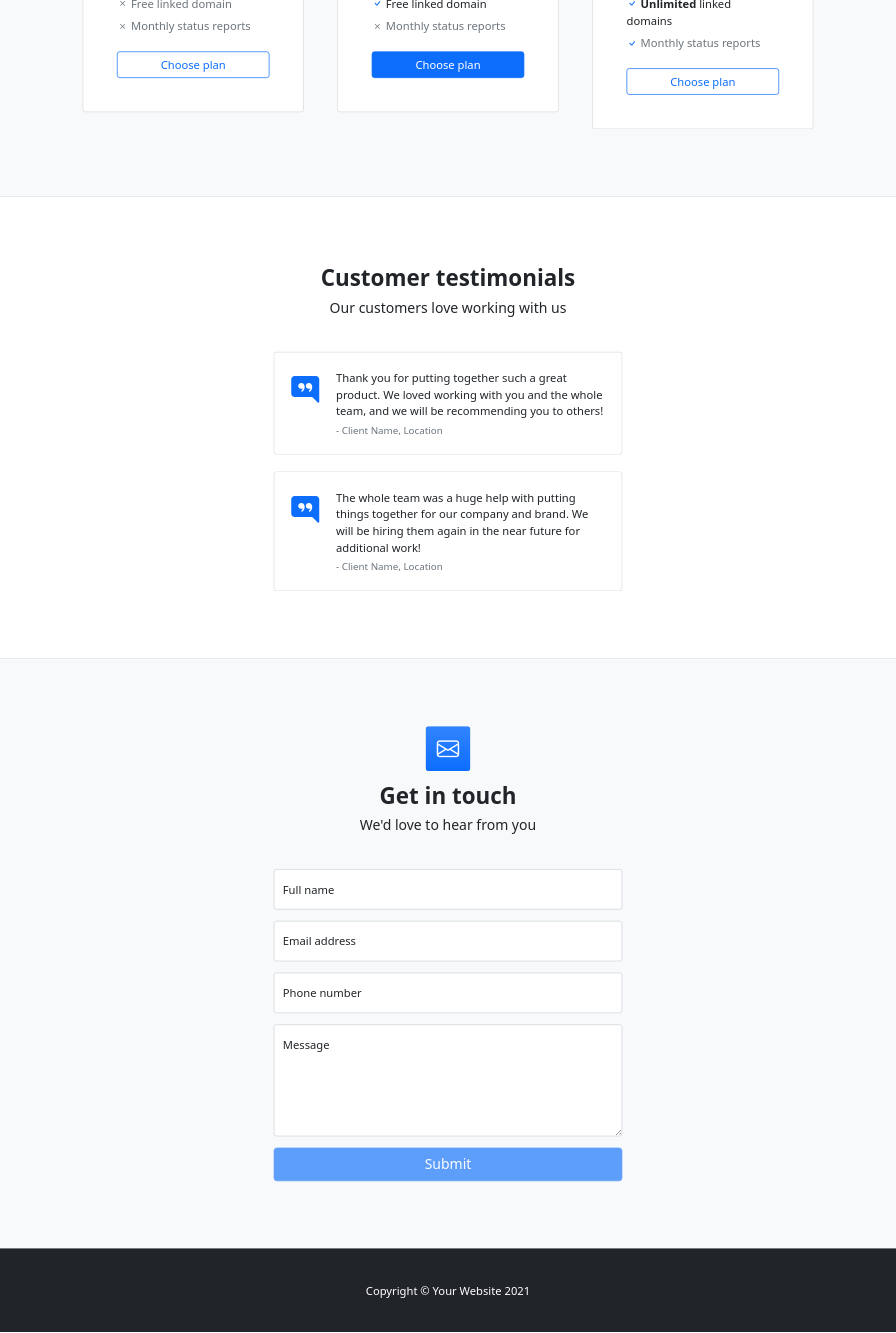
Repository: jaunnnngs/HackaTone
Page: http://localhost/StunProjects/St_Join/main.jsp
The author's editor kept a copy of each file at every save. The page is drawn from the files as they stood at one save, then again after the next save.
The browser window is 1280 px wide. The pictures show the part of the page from y = 1548 to 3468 px (the page is 3452 px tall before and 3468 px after), at 70% of full size.
Some web libraries are served in a nearby version. The page is served by Tomcat 9. Other server files are loaded and not shown.

Above is the page before, as saved 2021-07-26 06:14:01.

### STUN_TEAM/StunProjects/src/main/webapp/St_Join/main.jsp
<%@ page language="java" contentType="text/html; charset=UTF-8"
pageEncoding="UTF-8"%>
<!DOCTYPE html>
<html>
    <head>
        <meta charset="utf-8" />
        <meta name="viewport" content="width=device-width, initial-scale=1, shrink-to-fit=no" />
        <meta name="description" content="" />
        <meta name="author" content="" />
        <title>Warm Place_main</title>
        <!-- Favicon-->
        <link rel="icon" type="image/x-icon" href="assets/favicon.ico" />
        <!-- Bootstrap icons-->
        <link href="https://cdn.jsdelivr.net/npm/bootstrap-icons@1.4.1/font/bootstrap-icons.css" rel="stylesheet" />
        <!-- Core theme CSS (includes Bootstrap)-->
        <link href="css/styles.css" rel="stylesheet" />
    </head>
    <body>
   <%
	// 현재 세션 상태를 체크한다
	String userID = null;
	if (session.getAttribute("userID") != null) {
		userID = (String) session.getAttribute("userID");
	}
	%>

        <!-- Responsive navbar-->
        <nav class="navbar navbar-expand-lg navbar-dark bg-dark">
            <div class="container px-5">
                <a class="navbar-brand" href="../St_Join/main.jsp">Warm Place</a>
                <button class="navbar-toggler" type="button" data-bs-toggle="collapse" data-bs-target="#navbarSupportedContent" aria-controls="navbarSupportedContent" aria-expanded="false" aria-label="Toggle navigation"><span class="navbar-toggler-icon"></span></button>
                 <div class="collapse navbar-collapse" id="navbarSupportedContent">
                 <%
					// 로그인 하지 않았을 때 보여지는 화면
					if(userID == null){
				%>
                    <ul class="navbar-nav ms-auto mb-2 mb-lg-0">
                        <li class="nav-item"><a class="nav-link active" aria-current="page" href="../St_board/login.jsp">로그인</a></li>
                        <li class="nav-item"><a class="nav-link" href="../St_Join/st_userJoin.jsp">회원가입</a></li>
                        <li class="nav-item"><a class="nav-link" href="../St_Reservation/map.jsp">예약하기</a></li>
                        <li class="nav-item"><a class="nav-link" href="../St_board/bbs.jsp">맛집후기</a></li>
                        <li class="nav-item"><a class="nav-link" href="#!">Contact</a></li>
                    </ul>
				<%
				// 로그인이 되어 있는 상태에서 보여주는 화면
					}else{
				%>
                    <ul class="navbar-nav ms-auto mb-2 mb-lg-0">
                        <li class="nav-item"><a class="nav-link active" aria-current="page" href="../St_board/logoutAction.jsp">로그아웃</a></li>
                        <li class="nav-item"><a class="nav-link" href="../St_Join/st_userJoin.jsp">회원가입</a></li>
                        <li class="nav-item"><a class="nav-link" href="../St_Reservation/map.jsp">예약하기</a></li>
                        <li class="nav-item"><a class="nav-link" href="../St_board/bbs.jsp">맛집후기</a></li>
                        <li class="nav-item"><a class="nav-link" href="#!">Contact</a></li>
                    </ul>
                    <%
				}
			%>
                </div>
            </div>
        </nav>

	    <!-- Header-->
        <header class="bg-dark py-5">
            <div class="container px-5">
                <div class="row gx-5 justify-content-center">
                    <div class="col-lg-6">
                        <div class="text-center my-5">
                            <h1 class="display-5 fw-bolder text-white mb-2">가고싶은 장소를 미리 보고싶었던 적 있지않나요??</h1>
                            <p class="lead text-white-50 mb-4">코로나 시대에도 안전하게 놀러갑시다!!</p>
                            <div class="d-grid gap-3 d-sm-flex justify-content-sm-center">
                                <a class="btn btn-outline-light btn-lg px-4" href="#features">실시간 확인</a>
                                <a class="btn btn-outline-light btn-lg px-4" href="../St_Reservation/map.jsp">예약하기</a>
                            </div>
                        </div>
                    </div>
                </div>
            </div>
        </header>
        <!-- Features section-->
        <section class="py-5 border-bottom" id="features">
            <div class="container px-5 my-5">
                <div class="row gx-5">
                    <div class="col-lg-4 mb-5 mb-lg-0">
                        <div class="feature bg-primary bg-gradient text-white rounded-3 mb-3"><i class="bi bi-collection"></i></div>
                        <h2 class="h4 fw-bolder">실시간 장소확인</h2>
                        <p>장소를 입력해주세요.</p>
                        <a class="text-decoration-none" href="#!">
                            Call to action
                            <i class="bi bi-arrow-right"></i>
                        </a>
                    </div>
                    <div class="col-lg-4 mb-5 mb-lg-0">
                        <div class="feature bg-primary bg-gradient text-white rounded-3 mb-3"><i class="bi bi-building"></i></div>
                        <h2 class="h4 fw-bolder">Featured title</h2>
                        <p>Paragraph of text beneath the heading to explain the heading. We'll add onto it with another sentence and probably just keep going until we run out of words.</p>
                        <a class="text-decoration-none" href="#!">
                            Call to action
                            <i class="bi bi-arrow-right"></i>
                        </a>
                    </div>
                    <div class="col-lg-4">
                        <div class="feature bg-primary bg-gradient text-white rounded-3 mb-3"><i class="bi bi-toggles2"></i></div>
                        <h2 class="h4 fw-bolder">Featured title</h2>
                        <p>Paragraph of text beneath the heading to explain the heading. We'll add onto it with another sentence and probably just keep going until we run out of words.</p>
                        <a class="text-decoration-none" href="#!">
                            Call to action
                            <i class="bi bi-arrow-right"></i>
                        </a>
                    </div>
                </div>
            </div>
        </section>
        <!-- Pricing section-->
        <section class="bg-light py-5 border-bottom">
            <div class="container px-5 my-5">
                <div class="text-center mb-5">
                    <h2 class="fw-bolder">Pay as you grow</h2>
                    <p class="lead mb-0">With our no hassle pricing plans</p>
                </div>
                <div class="row gx-5 justify-content-center">
                    <!-- Pricing card free-->
                    <div class="col-lg-6 col-xl-4">
                        <div class="card mb-5 mb-xl-0">
                            <div class="card-body p-5">
                                <div class="small text-uppercase fw-bold text-muted">Free</div>
                                <div class="mb-3">
                                    <span class="display-4 fw-bold">$0</span>
                                    <span class="text-muted">/ mo.</span>
                                </div>
                                <ul class="list-unstyled mb-4">
                                    <li class="mb-2">
                                        <i class="bi bi-check text-primary"></i>
                                        <strong>1 users</strong>
                                    </li>
                                    <li class="mb-2">
                                        <i class="bi bi-check text-primary"></i>
                                        5GB storage
                                    </li>
                                    <li class="mb-2">
                                        <i class="bi bi-check text-primary"></i>
                                        Unlimited public projects
                                    </li>
                                    <li class="mb-2">
                                        <i class="bi bi-check text-primary"></i>
                                        Community access
                                    </li>
                                    <li class="mb-2 text-muted">
                                        <i class="bi bi-x"></i>
                                        Unlimited private projects
                                    </li>
                                    <li class="mb-2 text-muted">
                                        <i class="bi bi-x"></i>
                                        Dedicated support
                                    </li>
                                    <li class="mb-2 text-muted">
                                        <i class="bi bi-x"></i>
                                        Free linked domain
                                    </li>
                                    <li class="text-muted">
                                        <i class="bi bi-x"></i>
                                        Monthly status reports
                                    </li>
                                </ul>
                                <div class="d-grid"><a class="btn btn-outline-primary" href="#!">Choose plan</a></div>
                            </div>
                        </div>
                    </div>
                    <!-- Pricing card pro-->
                    <div class="col-lg-6 col-xl-4">
                        <div class="card mb-5 mb-xl-0">
                            <div class="card-body p-5">
                                <div class="small text-uppercase fw-bold">
                                    <i class="bi bi-star-fill text-warning"></i>
                                    Pro
                                </div>
                                <div class="mb-3">
                                    <span class="display-4 fw-bold">$9</span>
                                    <span class="text-muted">/ mo.</span>
                                </div>
                                <ul class="list-unstyled mb-4">
                                    <li class="mb-2">
                                        <i class="bi bi-check text-primary"></i>
                                        <strong>5 users</strong>
                                    </li>
                                    <li class="mb-2">
                                        <i class="bi bi-check text-primary"></i>
                                        5GB storage
                                    </li>
                                    <li class="mb-2">
                                        <i class="bi bi-check text-primary"></i>
                                        Unlimited public projects
                                    </li>
                                    <li class="mb-2">
                                        <i class="bi bi-check text-primary"></i>
                                        Community access
                                    </li>
                                    <li class="mb-2">
                                        <i class="bi bi-check text-primary"></i>
                                        Unlimited private projects
                                    </li>
                                    <li class="mb-2">
                                        <i class="bi bi-check text-primary"></i>
                                        Dedicated support
                                    </li>
                                    <li class="mb-2">
                                        <i class="bi bi-check text-primary"></i>
                                        Free linked domain
                                    </li>
                                    <li class="text-muted">
                                        <i class="bi bi-x"></i>
                                        Monthly status reports
                                    </li>
                                </ul>
                                <div class="d-grid"><a class="btn btn-primary" href="#!">Choose plan</a></div>
                            </div>
                        </div>
                    </div>
                    <!-- Pricing card enterprise-->
                    <div class="col-lg-6 col-xl-4">
                        <div class="card">
                            <div class="card-body p-5">
                                <div class="small text-uppercase fw-bold text-muted">Enterprise</div>
                                <div class="mb-3">
                                    <span class="display-4 fw-bold">$49</span>
                                    <span class="text-muted">/ mo.</span>
                                </div>
                                <ul class="list-unstyled mb-4">
                                    <li class="mb-2">
                                        <i class="bi bi-check text-primary"></i>
                                        <strong>Unlimited users</strong>
                                    </li>
                                    <li class="mb-2">
                                        <i class="bi bi-check text-primary"></i>
                                        5GB storage
                                    </li>
                                    <li class="mb-2">
                                        <i class="bi bi-check text-primary"></i>
                                        Unlimited public projects
                                    </li>
                                    <li class="mb-2">
                                        <i class="bi bi-check text-primary"></i>
                                        Community access
                                    </li>
                                    <li class="mb-2">
                                        <i class="bi bi-check text-primary"></i>
                                        Unlimited private projects
                                    </li>
                                    <li class="mb-2">
                                        <i class="bi bi-check text-primary"></i>
                                        Dedicated support
                                    </li>
                                    <li class="mb-2">
                                        <i class="bi bi-check text-primary"></i>
                                        <strong>Unlimited</strong>
                                        linked domains
                                    </li>
                                    <li class="text-muted">
                                        <i class="bi bi-check text-primary"></i>
                                        Monthly status reports
                                    </li>
                                </ul>
                                <div class="d-grid"><a class="btn btn-outline-primary" href="#!">Choose plan</a></div>
                            </div>
                        </div>
                    </div>
                </div>
            </div>
        </section>
        <!-- Testimonials section-->
        <section class="py-5 border-bottom">
            <div class="container px-5 my-5 px-5">
                <div class="text-center mb-5">
                    <h2 class="fw-bolder">Customer testimonials</h2>
                    <p class="lead mb-0">Our customers love working with us</p>
                </div>
                <div class="row gx-5 justify-content-center">
                    <div class="col-lg-6">
                        <!-- Testimonial 1-->
                        <div class="card mb-4">
                            <div class="card-body p-4">
                                <div class="d-flex">
                                    <div class="flex-shrink-0"><i class="bi bi-chat-right-quote-fill text-primary fs-1"></i></div>
                                    <div class="ms-4">
                                        <p class="mb-1">Thank you for putting together such a great product. We loved working with you and the whole team, and we will be recommending you to others!</p>
                                        <div class="small text-muted">- Client Name, Location</div>
                                    </div>
                                </div>
                            </div>
                        </div>
                        <!-- Testimonial 2-->
                        <div class="card">
                            <div class="card-body p-4">
                                <div class="d-flex">
                                    <div class="flex-shrink-0"><i class="bi bi-chat-right-quote-fill text-primary fs-1"></i></div>
                                    <div class="ms-4">
                                        <p class="mb-1">The whole team was a huge help with putting things together for our company and brand. We will be hiring them again in the near future for additional work!</p>
                                        <div class="small text-muted">- Client Name, Location</div>
                                    </div>
                                </div>
                            </div>
                        </div>
                    </div>
                </div>
            </div>
        </section>
        <!-- Contact section-->
        <section class="bg-light py-5">
            <div class="container px-5 my-5 px-5">
                <div class="text-center mb-5">
                    <div class="feature bg-primary bg-gradient text-white rounded-3 mb-3"><i class="bi bi-envelope"></i></div>
                    <h2 class="fw-bolder">Get in touch</h2>
                    <p class="lead mb-0">We'd love to hear from you</p>
                </div>
                <div class="row gx-5 justify-content-center">
                    <div class="col-lg-6">
                        <!-- * * * * * * * * * * * * * * *-->
                        <!-- * * SB Forms Contact Form * *-->
                        <!-- * * * * * * * * * * * * * * *-->
                        <!-- This form is pre-integrated with SB Forms.-->
                        <!-- To make this form functional, sign up at-->
                        <!-- https://startbootstrap.com/solution/contact-forms-->
                        <!-- to get an API token!-->
                        <form id="contactForm" data-sb-form-api-token="API_TOKEN">
                            <!-- Name input-->
                            <div class="form-floating mb-3">
                                <input class="form-control" id="name" type="text" placeholder="Enter your name..." data-sb-validations="required" />
                                <label for="name">Full name</label>
                                <div class="invalid-feedback" data-sb-feedback="name:required">A name is required.</div>
                            </div>
                            <!-- Email address input-->
                            <div class="form-floating mb-3">
                                <input class="form-control" id="email" type="email" placeholder="name@example.com" data-sb-validations="required,email" />
                                <label for="email">Email address</label>
                                <div class="invalid-feedback" data-sb-feedback="email:required">An email is required.</div>
                                <div class="invalid-feedback" data-sb-feedback="email:email">Email is not valid.</div>
                            </div>
                            <!-- Phone number input-->
                            <div class="form-floating mb-3">
                                <input class="form-control" id="phone" type="tel" placeholder="(123) 456-7890" data-sb-validations="required" />
                                <label for="phone">Phone number</label>
                                <div class="invalid-feedback" data-sb-feedback="phone:required">A phone number is required.</div>
                            </div>
                            <!-- Message input-->
                            <div class="form-floating mb-3">
                                <textarea class="form-control" id="message" type="text" placeholder="Enter your message here..." style="height: 10rem" data-sb-validations="required"></textarea>
                                <label for="message">Message</label>
                                <div class="invalid-feedback" data-sb-feedback="message:required">A message is required.</div>
                            </div>
                            <!-- Submit success message-->
                            <!---->
                            <!-- This is what your users will see when the form-->
                            <!-- has successfully submitted-->
                            <div class="d-none" id="submitSuccessMessage">
                                <div class="text-center mb-3">
                                    <div class="fw-bolder">Form submission successful!</div>
                                    To activate this form, sign up at
                                    <br />
                                    <a href="https://startbootstrap.com/solution/contact-forms">https://startbootstrap.com/solution/contact-forms</a>
                                </div>
                            </div>
                            <!-- Submit error message-->
                            <!---->
                            <!-- This is what your users will see when there is-->
                            <!-- an error submitting the form-->
                            <div class="d-none" id="submitErrorMessage"><div class="text-center text-danger mb-3">Error sending message!</div></div>
                            <!-- Submit Button-->
                            <div class="d-grid"><button class="btn btn-primary btn-lg disabled" id="submitButton" type="submit">Submit</button></div>
                        </form>
                    </div>
                </div>
            </div>
        </section>
        <!-- Footer-->
        <footer class="py-5 bg-dark">
            <div class="container px-5"><p class="m-0 text-center text-white">Copyright &copy; Your Website 2021</p></div>
        </footer>
        <!-- Bootstrap core JS-->
        <script src="https://cdn.jsdelivr.net/npm/bootstrap@5.0.2/dist/js/bootstrap.bundle.min.js"></script>
        <!-- Core theme JS-->
        <script src="js/scripts.js"></script>
        <!-- * * * * * * * * * * * * * * * * * * * * * * * * * * * * * * * * * * * * * * * *-->
        <!-- * *                               SB Forms JS                               * *-->
        <!-- * * Activate your form at https://startbootstrap.com/solution/contact-forms * *-->
        <!-- * * * * * * * * * * * * * * * * * * * * * * * * * * * * * * * * * * * * * * * *-->
        <script src="https://cdn.startbootstrap.com/sb-forms-latest.js"></script>
    </body>
</html>

### STUN_TEAM/StunProjects/src/main/webapp/St_Join/js/scripts.js
/*!
* Start Bootstrap - Business Frontpage v5.0.3 (https://startbootstrap.com/template/business-frontpage)
* Copyright 2013-2021 Start Bootstrap
* Licensed under MIT (https://github.com/StartBootstrap/startbootstrap-business-frontpage/blob/master/LICENSE)
*/
// This file is intentionally blank
// Use this file to add JavaScript to your project

Loaded but not shown: STUN_TEAM/StunProjects/src/main/webapp/St_Join/css/styles.css (library)

After the next save:
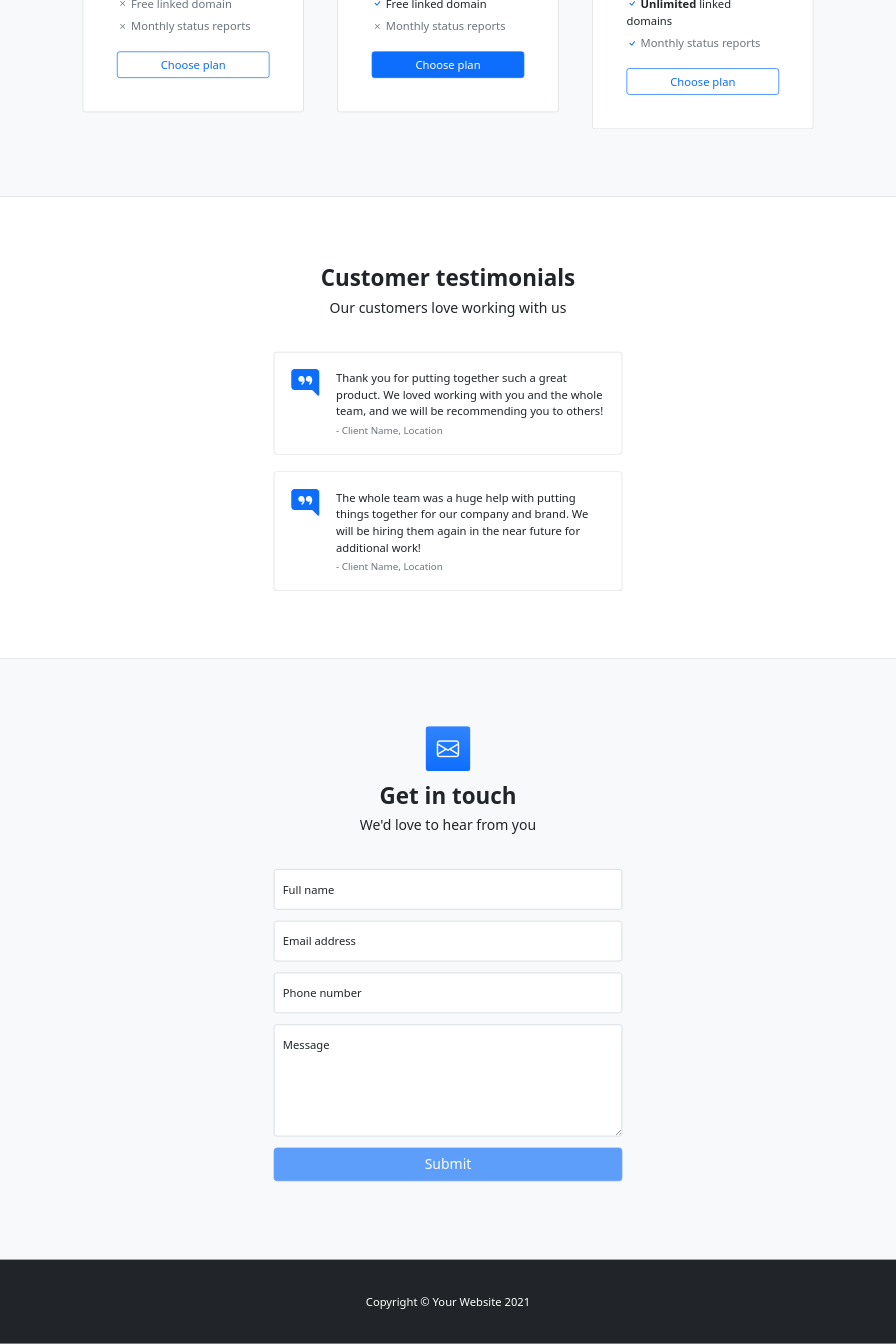
Saved 62 s later.
--- a/STUN_TEAM/StunProjects/src/main/webapp/St_Join/main.jsp
+++ b/STUN_TEAM/StunProjects/src/main/webapp/St_Join/main.jsp
@@ -1,3 +1,6 @@
+<script type="text/javascript">
+
+</script>
 <%@ page language="java" contentType="text/html; charset=UTF-8"
 pageEncoding="UTF-8"%>
 <!DOCTYPE html>
